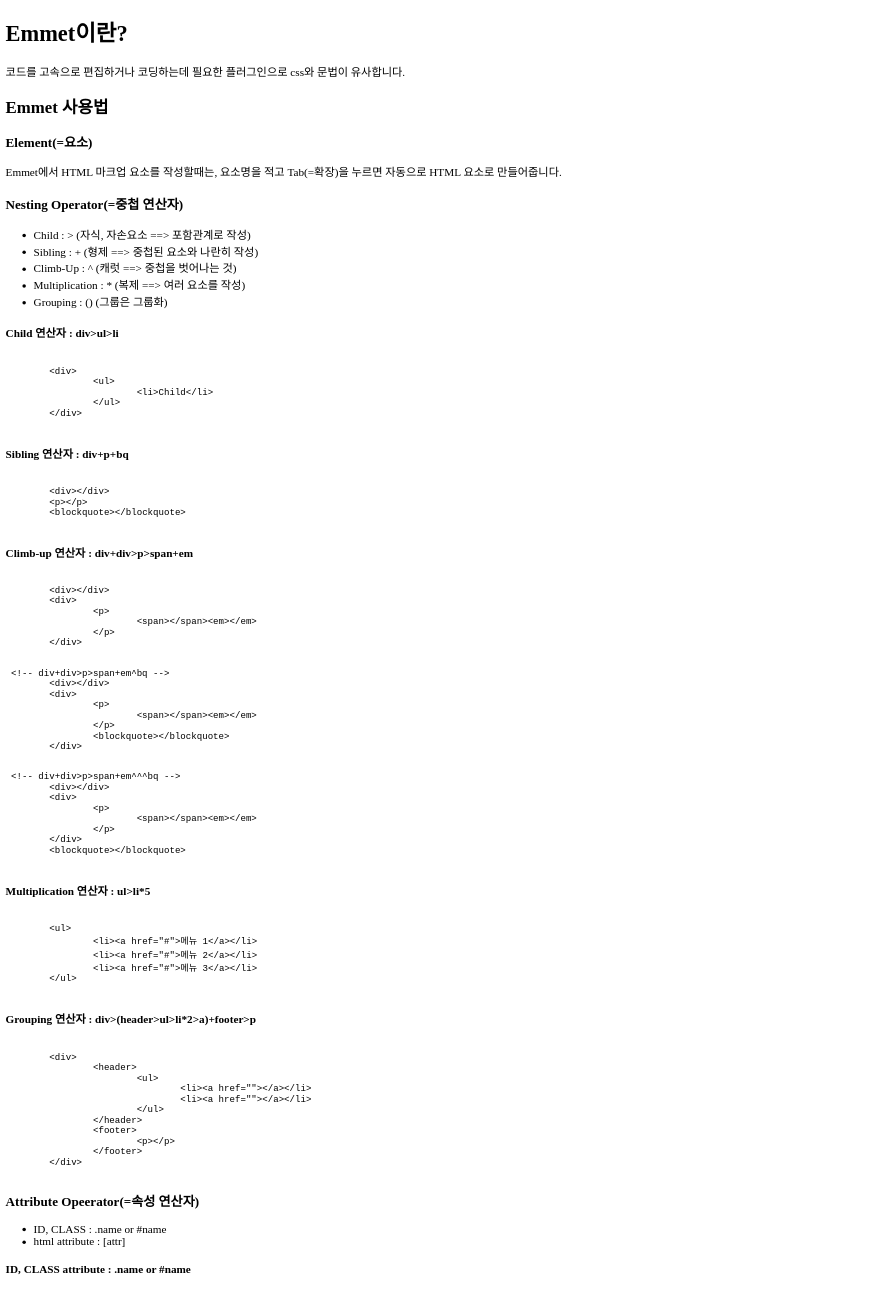
Repository: kvmhyvmvn/Study_WebUI
Page: WorkSpace/CloneCoding1/src/main/webapp/index.html
An editor plug-in stored every save of this project. The page is shown before and after the next save, followed by the edit.
The browser window is 1280 px wide. The pictures show the whole page, at 70% of full size.

Above is the page before, as saved 2023-05-30 07:31:44.

### WorkSpace/CloneCoding1/src/main/webapp/index.html
<!DOCTYPE html>
<html>
<head>
<meta charset="UTF-8">
<title>수코딩 클론</title>
<meta name="viewport" content="width=device-width, initial-scale=1.0">
</head>
<body>
	<!-- Emmet Syntax 실습 - https://docs.emmet.io/abbreviations/syntax/ -->
	<h1>Emmet이란?</h1>
	<p>코드를 고속으로 편집하거나 코딩하는데 필요한 플러그인으로 css와 문법이 유사합니다.</p>

	<h2>Emmet 사용법</h2>
	<h3>Element(=요소)</h3>
	<p>Emmet에서 HTML 마크업 요소를 작성할때는, 요소명을 적고 Tab(=확장)을 누르면 자동으로 HTML 요소로 만들어줍니다.</p>

	<h3>Nesting Operator(=중첩 연산자)</h3>
	<ul>
		<li>Child : > (자식, 자손요소 ==> 포함관계로 작성)</li>
		<li>Sibling : + (형제 ==> 중첩된 요소와 나란히 작성)</li>
		<li>Climb-Up : ^ (캐럿 ==> 중첩을 벗어나는 것)</li>
		<li>Multiplication : * (복제 ==> 여러 요소를 작성)</li>
		<li>Grouping : () (그룹은 그룹화)</li>
	</ul>

	<h4>Child 연산자 : div>ul>li</h4>
	<xmp>
	<div>
		<ul>
			<li>Child</li>
		</ul>
	</div>
	</xmp>

	<h4>Sibling 연산자 : div+p+bq</h4>
	<xmp>
	<div></div>
	<p></p>
	<blockquote></blockquote>
	</xmp>

	<h4>Climb-up 연산자 : div+div>p>span+em</h4>
	<xmp>
	<div></div>
	<div>
		<p>
			<span></span><em></em>
		</p>
	</div>
	</xmp>

	<xmp> <!-- div+div>p>span+em^bq -->
	<div></div>
	<div>
		<p>
			<span></span><em></em>
		</p>
		<blockquote></blockquote>
	</div>
	</xmp>

	<xmp> <!-- div+div>p>span+em^^^bq -->
	<div></div>
	<div>
		<p>
			<span></span><em></em>
		</p>
	</div>
	<blockquote></blockquote>
	</xmp>

	<h4>Multiplication 연산자 : ul>li*5</h4>
	<xmp>
	<ul>
		<li><a href="#">메뉴 1</a></li>
		<li><a href="#">메뉴 2</a></li>
		<li><a href="#">메뉴 3</a></li>
	</ul>
	</xmp>

	<h4>Grouping 연산자 : div>(header>ul>li*2>a)+footer>p</h4>
	<xmp>
	<div>
		<header>
			<ul>
				<li><a href=""></a></li>
				<li><a href=""></a></li>
			</ul>
		</header>
		<footer>
			<p></p>
		</footer>
	</div>
	</xmp>

	<h3>Attribute Opeerator(=속성 연산자)</h3>
	<ul>
		<li>ID, CLASS : .name or #name</li>
		<li>html attribute : [attr]</li>
	</ul>

	<h4>ID, CLASS attribute : .name or #name</h4>

</body>
</html>

After the next save:
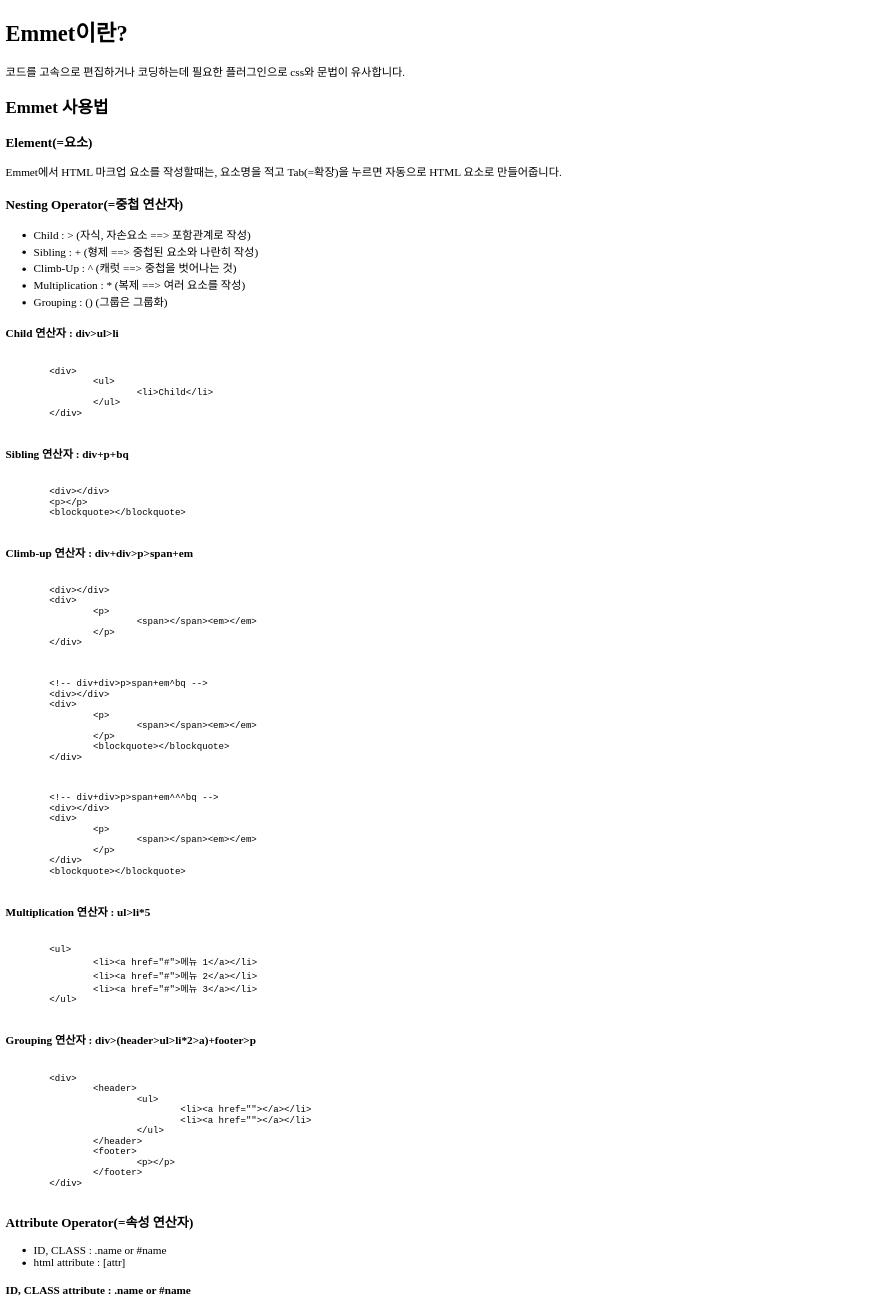
Saved 87 s later.
--- a/WorkSpace/CloneCoding1/src/main/webapp/index.html
+++ b/WorkSpace/CloneCoding1/src/main/webapp/index.html
@@ -49,7 +49,8 @@
 	</div>
 	</xmp>
 
-	<xmp> <!-- div+div>p>span+em^bq -->
+	<xmp>
+	<!-- div+div>p>span+em^bq -->
 	<div></div>
 	<div>
 		<p>
@@ -59,7 +60,8 @@
 	</div>
 	</xmp>
 
-	<xmp> <!-- div+div>p>span+em^^^bq -->
+	<xmp>
+	<!-- div+div>p>span+em^^^bq -->
 	<div></div>
 	<div>
 		<p>
@@ -93,13 +95,16 @@
 	</div>
 	</xmp>
 
-	<h3>Attribute Opeerator(=속성 연산자)</h3>
+	<h3>Attribute Operator(=속성 연산자)</h3>
 	<ul>
 		<li>ID, CLASS : .name or #name</li>
 		<li>html attribute : [attr]</li>
 	</ul>
 
 	<h4>ID, CLASS attribute : .name or #name</h4>
+	<div id="header"></div>
+	<div class="page"></div>
+	<div id="footer" class="class1 class2 class3"></div>
 
 </body>
 </html>
